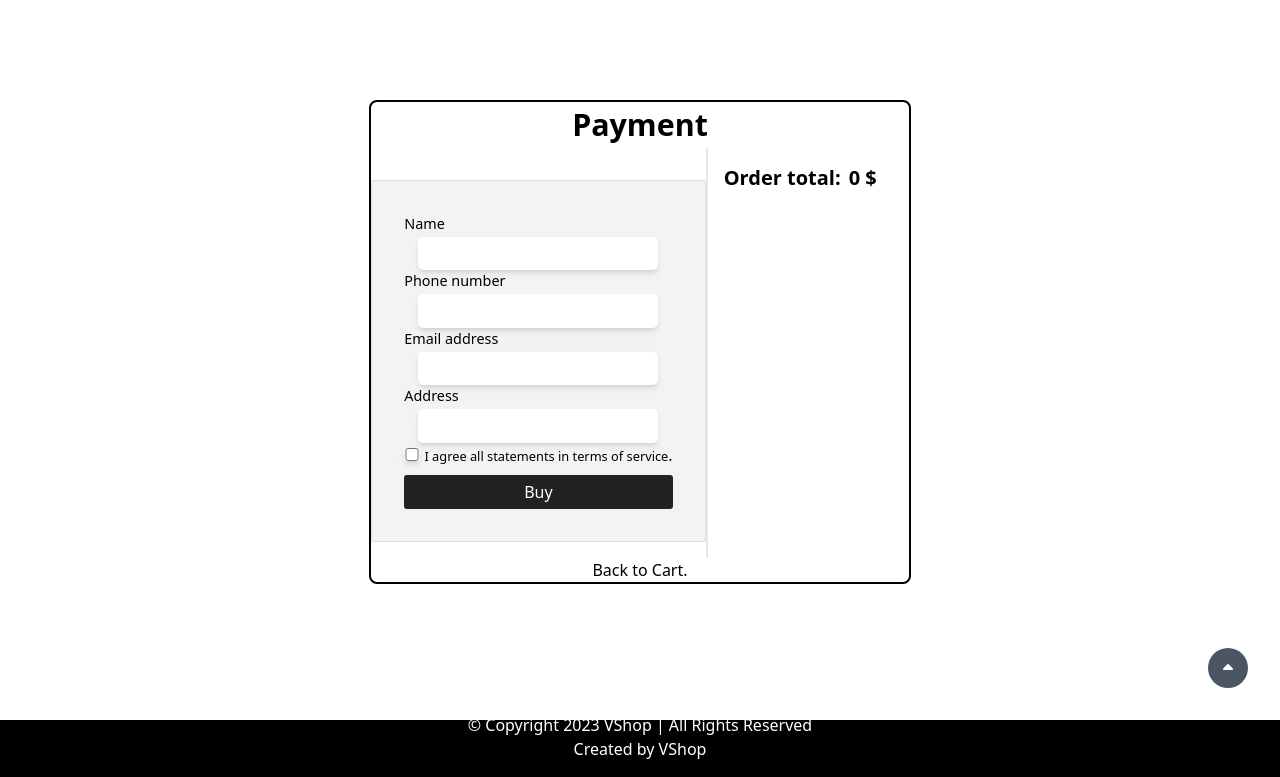
Repository: Kith933UTH/VSHOP
Page: /payment
An editor plug-in stored every save of this project. The page is shown before and after the next save, followed by the edit.
The browser window is 1280 px wide. The pictures show the whole page.
Pictures or frames that could not be fetched are drawn as grey boxes. The project was rebuilt for these pictures with package versions that can differ from the ones it lists, and the page was loaded fresh each time. Also part of the build but not shown: src/components/product-item/ProductItem.js, src/components/loader/Loader.js, src/constants/constants.js, src/components/product-filters/Category.js, src/components/product-filters/Price.js, src/components/product-filters/Rating.js, src/components/product-filters/ProductFilters.js, src/components/cart-shopping/CartEmpty.js and 20 more.

Above is the page before, as saved 2023-08-04 22:17:05.

### public/index.html
<!DOCTYPE html>
<html lang="en">
  <head>
    <meta charset="utf-8" />
    <link rel="icon" href="./logo.png" />
    <meta name="viewport" content="width=device-width, initial-scale=1" />
    <meta name="theme-color" content="#000000" />
    <meta
      name="description"
      content="Web site created using create-react-app"
    />
    <link rel="apple-touch-icon" href="%PUBLIC_URL%/logo192.png" />
    <!--
      manifest.json provides metadata used when your web app is installed on a
      user's mobile device or desktop. See https://developers.google.com/web/fundamentals/web-app-manifest/
    -->
    <link rel="manifest" href="%PUBLIC_URL%/manifest.json" />
    <!--
      Notice the use of %PUBLIC_URL% in the tags above.
      It will be replaced with the URL of the `public` folder during the build.
      Only files inside the `public` folder can be referenced from the HTML.

      Unlike "/favicon.ico" or "favicon.ico", "%PUBLIC_URL%/favicon.ico" will
      work correctly both with client-side routing and a non-root public URL.
      Learn how to configure a non-root public URL by running `npm run build`.
    -->
    <title>VShop</title>
  </head>
  <body>
    <noscript>You need to enable JavaScript to run this app.</noscript>
    <div id="root"></div>
  </body>
</html>

### src/index.js
import React from 'react'
import ReactDOM from 'react-dom/client'
import App from './App'
import {Provider} from "react-redux"
import {BrowserRouter} from "react-router-dom"
import {store} from "./redux"
import './index.css'

const root = ReactDOM.createRoot(document.getElementById('root'))
root.render(
    <Provider store={store}>
        <BrowserRouter>
            <App />
        </BrowserRouter>
    </Provider>
)

### src/redux/index.js
import {configureStore} from "@reduxjs/toolkit"
import {productsApi} from "./products/products.api"
import {productReducer} from "./products/products.slice"
import {setupListeners} from "@reduxjs/toolkit/query"

export const store = configureStore({
    reducer: {
        [productsApi.reducerPath]: productsApi.reducer,
        product: productReducer
    },
    middleware: getDefaultMiddleware => getDefaultMiddleware().concat(productsApi.middleware)
})

setupListeners(store.dispatch)

### src/index.css
@tailwind base;
@tailwind components;
@tailwind utilities;

@layer utilities {
    input[type="number"]::-webkit-inner-spin-button,
    input[type="number"]::-webkit-outer-spin-button {
        @apply appearance-none;
    }
}

html, body {
    width: 100%;
    height: 100%;
}

body::-webkit-scrollbar,
.box-item::-webkit-scrollbar,
.search-box::-webkit-scrollbar{
    width: 8px;
}

main {
    display: flex;
    flex-direction: column;
    height: 100%;
}

body::-webkit-scrollbar-thumb,
.box-item::-webkit-scrollbar-thumb,
.search-box::-webkit-scrollbar-thumb{
    background-color: #ccc;
    border-radius: 20px;
}

#root {
    height: 100%;
}

body {
    overflow: hidden;
}

.productItem:hover {
    transition: opacity .3s linear;
    opacity: .5;
}

.box-item {
    height: 320px;
    overflow-y: scroll;
}

/* Loader */
.loader-box {
    width: 100px;
    height: 100px;
    display: flex;
    justify-content: center;
    align-items: center;
    margin: 50px auto 0;
}

.loader{
    position: relative;
    width: 70px;
    height: 70px;
}

.loader span {
    position: absolute;
    top:0;
    left: 0;
    width: 100%;
    height: 100%;
    transform: rotate(calc(18deg * var(--i)));
}

.loader span::before {
    content:'';
    position: absolute;
    top: 0;
    left: 0;
    width: 10px;
    height: 10px;
    background: #000;
    border-radius: 50%;
    transform: scale(0);
    animation: animate 2s linear infinite;
    animation-delay: calc(0.1s * var(--i));
}
@keyframes animate {
    0%{
        transform: scale(0);
    }
    10%{
        transform: scale(1.2);
    }
    80%,100%{
        transform: scale(0);
    }
}

### src/context/context.js
import {createContext} from "react"

export const Context = createContext()

### src/components/footer/Footer.js
import React from "react"
import { Contact } from "../contact/Contact"
import { Policy } from "../policy/Policy"
export function Footer() {
    return (
        <footer className='bg-black text-white in-h-fit'>
            {/* <div className='max-w-[1240px] mx-auto py-2 text-sm sm:text-base'>
                <div className='flex justify-center'>
                    <a href='https://github.com/VolodymyrGoshko/react-shop'
                       target='_blank'
                       rel="noreferrer"
                       className='capitalize border-b mb-3 text-base hover:text-gray-300 transition'
                    >
                        view source code on github
                    </a>
                </div>
                <div className='flex justify-center flex-col items-center'>
                    <p className='text-center'>© Copyright 2022 React Shop | All Rights Reserved</p>
                    <a href='https://www.linkedin.com/in/volodymyr-goshko-656ab920b/'
                       target="_blank"
                       rel="noreferrer"
                       className='hover:text-gray-300 transition'
                    >
                        Created by Volodymyr Goshko
                    </a>
                </div>
            </div> */}
            <Contact />
            <Policy />
            <div className='flex justify-center flex-col items-center my-4'>
                    <p className='text-center'>© Copyright 2023 VShop | All Rights Reserved</p>
                    <a href='#' className='hover:text-gray-300 transition' >
                        Created by VShop
                    </a>
                </div>
        </footer>
    )
}

### src/components/btn-scroll/BtnScroll.js
import React from "react"
import {FontAwesomeIcon} from "@fortawesome/react-fontawesome"
import {faCaretUp} from "@fortawesome/free-solid-svg-icons"

export function BtnScroll() {
    const topClick = () => {
        const body = document.querySelector('body').getBoundingClientRect().top + window.scrollY
        window.scroll({
            top: body,
            behavior: 'smooth'
        })
    }

    return (
        <button
            className='fixed bottom-8 right-4 bg-gray-600 text-white rounded-full w-[30px] h-[30px] md:w-[40px] md:h-[40px] md:right-8 md:bottom-8 z-20 shadow-gray-600'
            onClick={topClick}
        >
            <FontAwesomeIcon icon={faCaretUp}/>
        </button>
    )
}

### src/components/payment/Payment.js
import React from "react"
import {useDispatch, useSelector} from "react-redux"
import { Link } from "react-router-dom"
import { CartItemPayment } from "./CartItemPayment"
import './index.css'
export function Payment({login}) {
    const {cart, btnCart} = useSelector(state => state.product)
    const totalPrice = () => {
        let price = 0
        cart.forEach(item => price += item.price * item.quantity)
        return Math.round(price * 0.9 * 100) / 100
    }
    return (
        <div className="register-page text-center m-5-auto flex justify-center">
            <div className="border-2 rounded-lg border-black w-max h-fit">
            <h2>Payment</h2>
            <div className="flex flex-row justify-center">
                <form className="border-none bg-none m-0" action="/success">
                    <p>
                        <label>Name</label><br/>
                        <input className='shadow-md' type="text" name="name" required />
                    </p>
                    <p>
                        <label>Phone number</label><br/>
                        <input className='shadow-md' type="tel" name="tel" required />
                    </p>
                    <p>
                        <label>Email address</label><br/>
                        <input className='shadow-md' type="email" name="email" required />
                    </p>
                    <p>
                        <label>Address</label><br/>
                        <input className='shadow-md'  type="text" name="address" required />
                    </p>
                    <p className='mb-2'>
                        <input className='shadow-md' type="checkbox" name="checkbox" id="checkbox" required /> <span>I agree all statements in <a href="https://google.com" target="_blank" rel="noopener noreferrer">terms of service</a></span>.
                    </p>
                    <p>
                        <button id="sub_btn" type="submit">Buy</button>
                    </p>
                </form>
                <div className={`border-l-2 px-4 ${cart.length > 2 ? 'box-item' : ''}`}>
                    {cart.map(item => <CartItemPayment key={item.id} item={item}/>)}
                    <div className='flex justify-center sm:justify-end pt-4'>
                        <div className='w-fit rounded-xl flex flex-col justify-between items-center sm:flex-row'>
                            <div className='mr-0 sm:mr-4 font-semibold'>
                                <span className='mr-2 text-base sm:text-xl'>Order total:</span>
                                <span className='text-base sm:text-xl'>{totalPrice()} $</span>
                            </div>
                        </div>
                    </div>
                </div>
            </div>
            <footer>
                <p><Link to="/">Back to Cart</Link>.</p>
            </footer>
            </div>
        </div>
    )
}

### src/redux/products/products.api.js
import {createApi, fetchBaseQuery} from "@reduxjs/toolkit/query/react"

export const productsApi = createApi({
    reducerPath: 'products/api',
    baseQuery: fetchBaseQuery({
        baseUrl: 'https://fakestoreapi.com'
    }),
    // refetchOnFocus: true,
    endpoints: build => ({
        getProductsAll: build.query({
            query:() => ({
                url: '/products'
            })
        }),
        getProductById: build.query({
            query:(id) => ({
                url: `/products/${id}`
            })
        }),
        getProductByCategory: build.query({
            query:(category) => ({
                url: `/products/category/${category}`
            })
        })
    })
})

export const {
    useGetProductsAllQuery,
    useGetProductByIdQuery,
    useGetProductByCategoryQuery
} = productsApi

### src/components/policy/Policy.js
import React from "react"
import { Link } from "react-router-dom"
export function Policy() {
    return (
        <div className='text-white in-h-fit max-w-[1240px] mx-auto py-2 text-sm sm:text-base flex justify-around items-cente'>
            <Link className='text-lg font-medium text-center' to='/return-policy'>
                RETURN POLICIES
            </Link>
            <Link className='text-lg font-medium text-center' to='/warranty-policy'>
                WARRANTY POLICIES
            </Link>
            <Link className='text-lg font-medium text-center' to='/shipping-policy'>
                SHIPPING POLICIES
            </Link>
        </div>
    )
}

### src/components/login/index.css
/* .m-5-auto {
    margin: 5rem auto
} */

.primary-button {
    margin-top: 5rem;
    margin-right: 1rem;
    padding: .6rem;
    width: 10rem;
    background: #222;
    border: none;
    color: #fff;
    font-size: 1.2rem;
    transition: all .5s;
    cursor: pointer;
    text-transform: capitalize
}

/***    Landing Page     ***/
.main-title,
.main-para {
    color: #f1f1f1
}

.main-title {
    padding-top: 10rem;
    font-size: 5rem;
    font-family: 'Fascinate', cursive;
    text-transform: uppercase
}

.main-para {
    font-size: 2.5rem;
    text-Transform: capitalize
}

#reg_btn span {
    display: inline-block;
    position: relative;
    transition: 0.5s;
}

#reg_btn span:after {
    content: '\00bb';
    position: absolute;
    opacity: 0;
    top: 0;
    right: -20px;
    transition: 0.5s;
}

#reg_btn:hover span {
  padding-right: 25px;
}

#reg_btn:hover span:after {
  opacity: 1;
  right: 0;
}

/***    Login Page     ***/
.login-page h2 {
    font-weight: 700;
    font-size: 1.9rem;
}
.login-page {
    position: fixed;
    top: 0;
    left: 0;
    right: 0;
    bottom: 0;
    z-index: 10;
    background-color: white;
    padding-top: 100px;
}

.login-page form {
    display: inline-block;
    background: #f3f3f3;
    border: 1px solid #ddd;
    border-radius: 2px;
    padding: 2rem;
    margin: 2rem 0 1rem 0
}

.login-page form label {
    float: left;
    font-size: .9rem;
    margin: 0;
    padding: 0
}

.right-label {
    float: right;
    cursor: pointer
}

.login-page input {
    width: 15rem;
    padding: .3rem;
    border-radius: 5px;
    outline: none;
    border: none
}

#sub_btn {
    display: block;
    width: 100%;
    padding: .3rem;
    border: none;
    background: #222;
    color: #fff;
    border-radius: 3px;
}

#sub_btn:hover {
    background: #333;
    transition: all .5s
}

/* footer p {
    margin: 0;
    font-size: .9rem
} */

/***    Register Page     ***/
#checkbox {
    width: 1rem
}

form span {
    font-size: .8rem
}

#reset_pass_lbl {
    float: left
}

/***    Home Page     ***/
.home-page-title {
    color: #222
}


.register-page input {
    width: 15rem;
    padding: .3rem;
    border-radius: 5px;
    outline: none;
    border: none
}

.register-page h2 {
    font-weight: 700;
    font-size: 1.9rem;
}
.register-page {
    position: fixed;
    top: 0;
    left: 0;
    right: 0;
    bottom: 0;
    z-index: 10;
    background-color: white;
    padding-top: 100px;
}

.register-page form {
    display: inline-block;
    background: #f3f3f3;
    border: 1px solid #ddd;
    border-radius: 2px;
    padding: 2rem;
    margin: 2rem 0 1rem 0
}

.register-page form label {
    float: left;
    font-size: .9rem;
    margin: 0;
    padding: 0
}

### src/components/contact/index.css
.contact-section {
    /* height: 96vh; */
    width: 100%;
    border-bottom: 1px solid #999;
}

.form-area {
    position: relative;
    /* height:84vh; */
    width: 100%;
    background: black;
    -webkit-box-sizing: border-box;
    box-sizing: border-box;
}

.form-area .form-wrap {
    /* position: absolute; */
    /* left: 50%;
    -webkit-transform: translateX(-50%);
    -ms-transform: translateX(-50%);
    transform: translateX(-50%); */
    width: 1120px;
    background-color: white;
    background-size: cover;
    background-position: center;
    border-radius: 0.2rem;
    -webkit-box-sizing: border-box;
    box-sizing: border-box;
    -webkit-box-shadow: 0 0 0.4rem 0 #999;
    box-shadow: 0 0 0.4rem 0 #999;
}

.form-wrap .title {
    padding-top: 2.4rem;
    width: 100%;
    -webkit-box-sizing: border-box;
    box-sizing: border-box;
}

.form-wrap .title h1 {
    color: black;
    font-size: 2.6rem;
    text-align: center;
}

.form-wrap .contact-area {
    padding-top: 3rem;
    display: -webkit-box;
    display: -ms-flexbox;
    display: flex;
    width: 100%;
    height: auto;
    -webkit-box-sizing: border-box;
    box-sizing: border-box;
}

.contact-area .contact-info {
    display: flex;
    flex-direction: column;
    justify-content: center;
    align-items: center;
    width: 35%;
    height: 100%;
    margin-left: 6rem;
}

.contact-info>div {
    margin-bottom: 1rem;
    display: -webkit-box;
    display: -ms-flexbox;
    display: flex;
    -webkit-box-align: center;
    -ms-flex-align: center;
    align-items: center;
}

.contact-info>div>p {
    color: #333;
    font-size: 1.4rem;
    font-weight: 500;
    text-align: center;
}

.contact-info>div>span {
    color: #61790a;
    font-size: 2rem;
    margin-right: 0.8rem;
}

.contact-area .contact-form {
    display: -webkit-box;
    display: -ms-flexbox;
    display: flex;
    -webkit-box-orient: vertical;
    -webkit-box-direction: normal;
    -ms-flex-direction: column;
    flex-direction: column;
    width: 60%;
    height: auto;
    padding: 0 3rem;
    -webkit-box-sizing: border-box;
    box-sizing: border-box;
}

.contact-form .name-field {
    display: -webkit-box;
    display: -ms-flexbox;
    display: flex;
    -webkit-box-pack: justify;
    -ms-flex-pack: justify;
    justify-content: space-between;
}

.name-field .input-area {
    width: 48%;
}

.contact-form .input-area {
    position: relative;
    margin-bottom: 2rem;
}

.input-area input {
    height: 3rem;
    width: 100%;
    color: #333;
    font-size: 1.2rem;
    border: 2px solid #fff;
    border-radius: 0.2rem;
    /* background: #eff; */
    -webkit-box-shadow: 0 0 0.1rem #666;
    box-shadow: 0 0 0.1rem #666;
    outline: none;
    padding: 0 1rem;
    -webkit-box-sizing: border-box;
    box-sizing: border-box;
    -webkit-transition: all 0.3s ease;
    -o-transition: all 0.3s ease;
    transition: all 0.3s ease;
}

.input-area label {
    position: absolute;
    top: 50%;
    left: 1rem;
    -webkit-transform: translateY(-50%);
    -ms-transform: translateY(-50%);
    transform: translateY(-50%);
    color: #333;
    font-size: 1.2rem;
    font-weight: 500;
    -webkit-transition: all 0.3s ease;
    -o-transition: all 0.3s ease;
    transition: all 0.3s ease;
}

.input-area input:focus~label,
.input-area input:valid~label {
    top: -0.8rem;
    left: 0;
    color: #fff;
    background: #111;
    border-radius: 5px;
    padding: 0.2rem;
    font-size: 1rem;
}

.contact-form .message-area {
    position: relative;
    -webkit-box-flex: 1;
    -ms-flex: 1 1 auto;
    flex: 1 1 auto;
    height: 200px;
    width: 100%;
}

.message-area textarea {
    height: 100%;
    width: 100%;
    border: 2px solid #fff;
    outline: none;
    font-size: 1.2rem;
    padding: 1rem;
    color: #333;
    -webkit-box-sizing: border-box;
    box-sizing: border-box;
    -webkit-box-shadow: 0 0 0.1rem #666;
    box-shadow: 0 0 0.1rem #666;
    border-radius: 0.2rem;
    resize: vertical;
    -webkit-transition: all 0.3s ease;
    -o-transition: all 0.3s ease;
    transition: all 0.3s ease;
}

.message-area label {
    position: absolute;
    color: #333;
    font-weight: 500;
    font-size: 1.2rem;
    top: 1rem;
    left: 1rem;
    -webkit-transition: all 0.3s ease;
    -o-transition: all 0.3s ease;
    transition: all 0.3s ease;
}

.message-area textarea:focus~label,
.message-area textarea:valid~label {
    top: -1.6rem;
    left: 0;
    color: #fff;
    padding: 0.2rem;
    background: #111;
    font-size: 1rem;
}

.contact-form .btn {
    margin-top: 1.8rem;
}

.contact-form .btn button {
    height: 3.2rem;
    width: 8rem;
    border: none;
    outline: none;
    color: #fff;
    font-size: 1.2rem;
    background: black;
    border-radius: 0.1rem;
    cursor: pointer;
}

#contact.menu-active {
    padding-top: 2rem;
}

### src/components/contact/reponsive.css
@media screen and (min-width: 940px) and (max-width: 1360px) {
    /* .contact-section {
        height: 107vh;
    } */
    .form-area .form-wrap {
        width: 90%;
        height: 620px;
    }
}

@media screen and (max-width: 1040px) {
    .contact-area .contact-info {
        margin-left: 0;
        display: flex;
        flex-direction: column;
        justify-content: center;
        align-items: center;
    }

    .contact-area .contact-form {
        padding: 0 1.8rem;
    }

}



@media screen and (max-width: 940px) {
    /* .contact-section {
        height: 148vh;
    } */

    .form-area .form-wrap {
        padding-bottom: 3.6rem;
        width: 80%;
        height: auto;
    }

    .form-wrap .contact-area {
        -webkit-box-orient: vertical;
        -webkit-box-direction: normal;
        -ms-flex-direction: column;
        flex-direction: column;
        -webkit-box-pack: center;
        -ms-flex-pack: center;
        justify-content: center;
    }

    .contact-area .contact-info {
        width: 100%;
    }

    .contact-area .contact-form {
        width: 100%;
        padding: 1rem 4rem 0 4rem;
    }
}

/*
@media screen and (max-width: 836px) {
    .contact-section {
        min-height: 96vh;
    }
} */

@media screen and (max-width: 770px) {
    .contact-section {
        height: 1100px;
    }

    .form-area .form-wrap {
        width: 88%;
        height: auto;
    }
}

@media screen and (max-width: 680px) {
    .contact-section {
        height: 1100px;
    }


    .form-area .form-wrap {
        /* top: -82%; */
        width: 88%;
        height: auto;
    }

}


@media screen and (max-width: 490px) {
    .contact-section {
        height: 1100px;
    }

    .contact-area .contact-info {
        width: 88%;
        margin-left: 1.2rem;
    }

    .form-area .form-wrap {
        /* top: -82%; */
        width: 88%;
        height: auto;
    }

    .contact-info>div>p {
        font-size: 1.2rem;
    }

    .contact-area .contact-form {
        margin-top: 1.4rem;
        padding: 0 1.2rem;
    }

}

@media screen and (max-width: 390px) {
    .contact-section {
        height: 1130px;
    }

    .contact-area .contact-info {
        width: 80%;
        /* margin-left: 1.2rem; */
    }

    .form-area .form-wrap {
        width: 90%;
        height: auto;
    }

    .contact-info>div>p {
        font-size: 1.2rem;
    }

    .contact-area .contact-form {
        width: 100%;
        padding: 1rem 1rem 0 1rem;
    }
}


@media screen and (max-width: 340px) {
    .contact-section {
        height: 980px;
    }

    .form-area .form-wrap {
        top: -86%;
        width: 96%;
    }

    .contact-area  {
        width: 100%;
    }

    .contact-area .contact-info {
        width: 100%;
        margin-left: 1rem;
    }

    .form-wrap .title h1 {
        font-size: 2rem;
    }

    .contact-info>h2 {
        font-size: 1.6rem;
    }

    .contact-info>div>p {
        font-size: 1rem;
    }

    .contact-info>div>span {
        font-size: 1.2rem;
    }

    .input-area label {
        font-size: 1rem;
    }

    .message-area label {
        font-size: 1rem;
    }

}

### src/components/payment/index.css
.payment-page input {
    width: 15rem;
    padding: .3rem;
    border-radius: 5px;
    outline: none;
    border: none
}

.payment-page h2 {
    font-weight: 700;
    font-size: 1.9rem;
}
.payment-page {
    position: fixed;
    top: 0;
    left: 0;
    right: 0;
    bottom: 0;
    z-index: 10;
    background-color: white;
    padding-top: 100px;
}

.payment-page form {
    display: inline-block;
    padding: 2rem;
    margin: 2rem 0 1rem 0
}

.payment-page form label {
    float: left;
    font-size: .9rem;
    margin: 0;
    padding: 0
}

Loaded but not shown: tailwind.config.js (common file); src/components/contact/Contact.js (66 lines, source omitted); src/App.js (46 lines, source omitted); src/redux/products/products.slice.js (60 lines, source omitted)

After the next save:
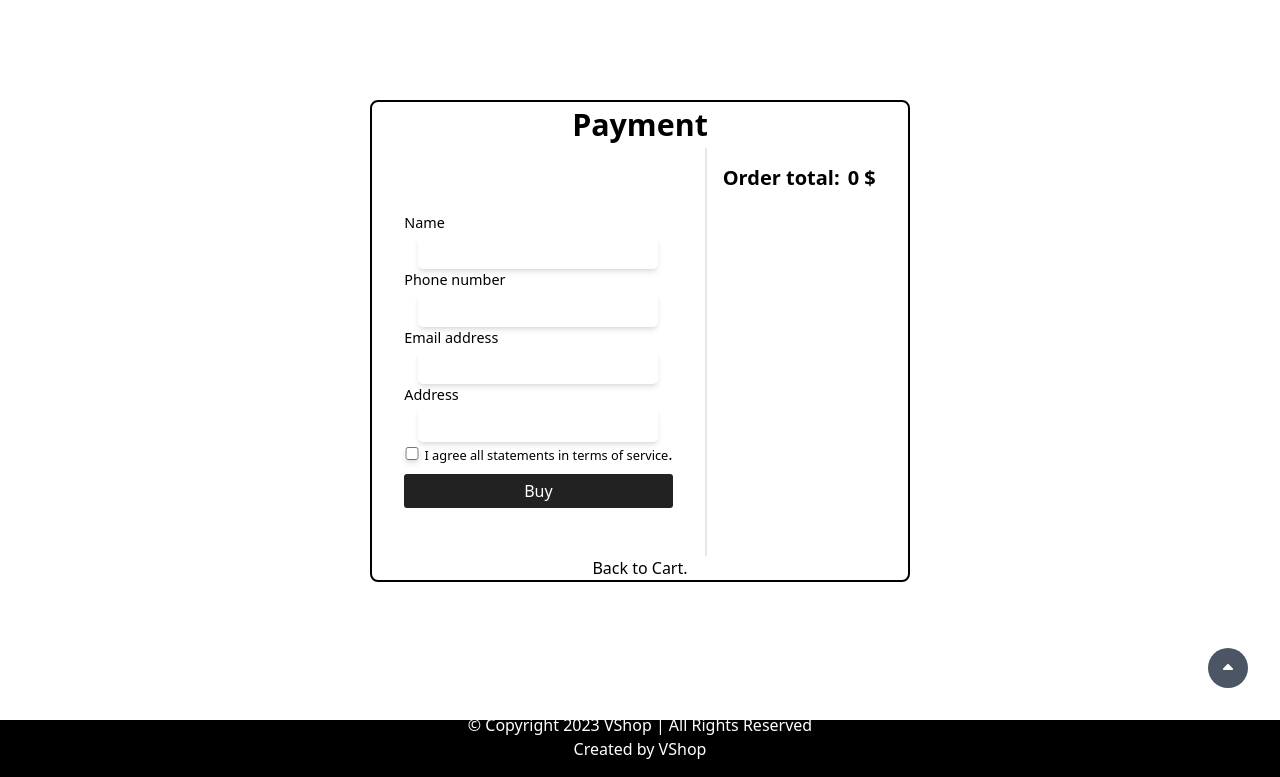
Saved 10 s later.
--- a/src/components/payment/Payment.js
+++ b/src/components/payment/Payment.js
@@ -11,7 +11,7 @@ export function Payment({login}) {
         return Math.round(price * 0.9 * 100) / 100
     }
     return (
-        <div className="register-page text-center m-5-auto flex justify-center">
+        <div className="payment-page text-center m-5-auto flex justify-center">
             <div className="border-2 rounded-lg border-black w-max h-fit">
             <h2>Payment</h2>
             <div className="flex flex-row justify-center">
